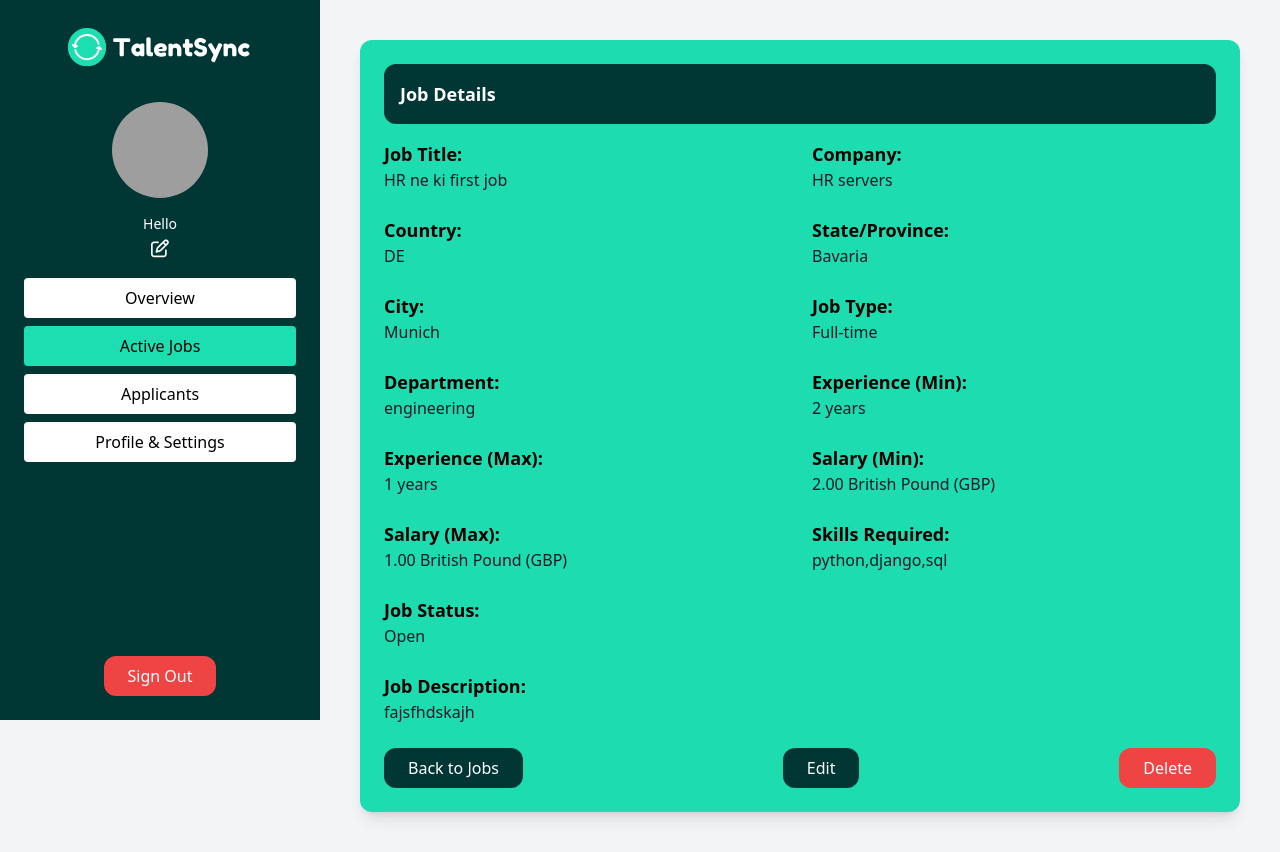
Repository: AbdullahScriptStudio/TalentSync
Page: http://localhost/recruiter/jobs/description/7/
These files come from the project's save history. The page is drawn as it stood at one moment and after the next save; the edit follows.
The browser window is 1280 px wide. The pictures show the whole page.
Pictures or frames that could not be fetched are drawn as grey boxes. Some web libraries are served in a nearby version. The page is served by the project's application, run on Django 5.2 (manage.py). The first stored user is signed in. The page reads the database file committed with the project.

Above is the page before, as saved 2025-03-26 23:15:15.

After the next save:
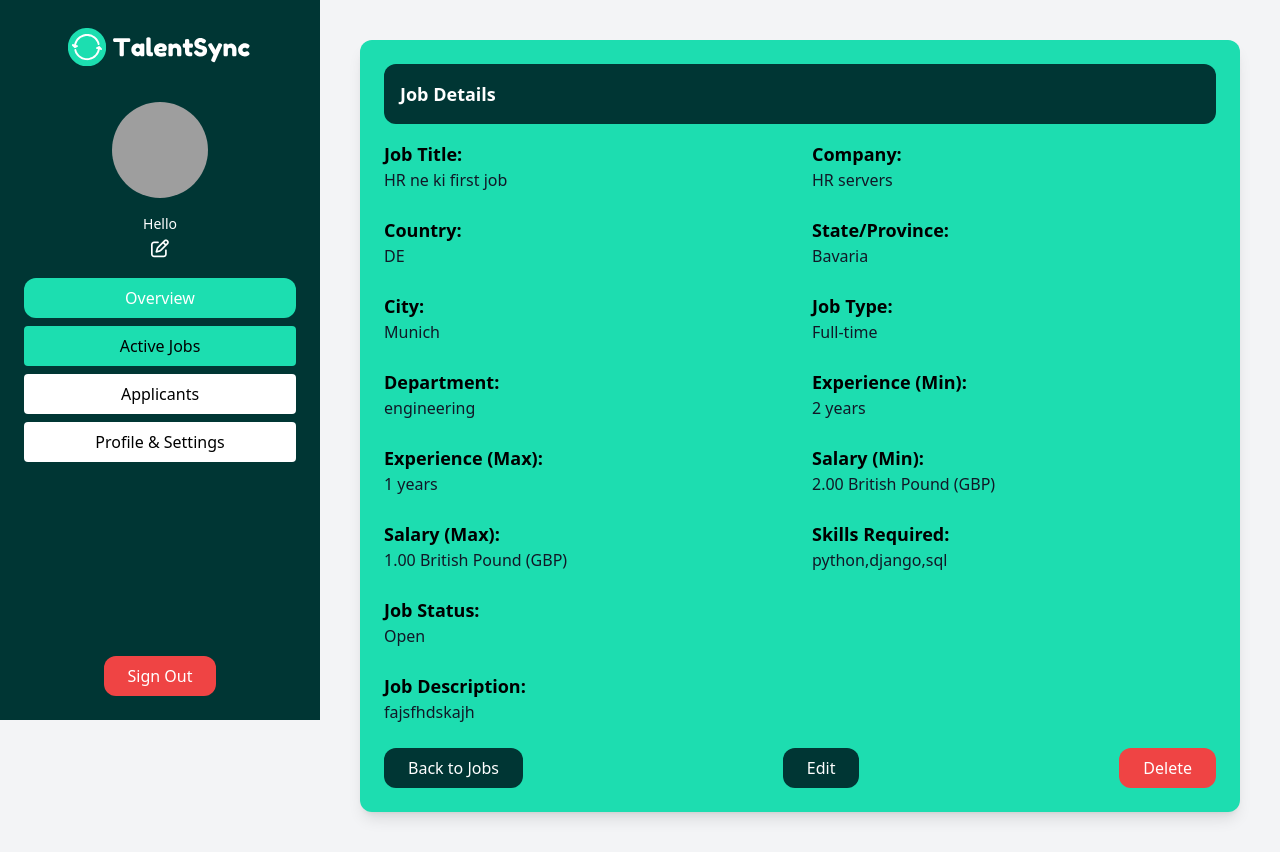
Saved 10 s later.
--- a/recruiter/templates/recruiter/job_description.html
+++ b/recruiter/templates/recruiter/job_description.html
@@ -23,7 +23,7 @@
                 <p class="text-lg">{{ user.first_name }} {{ user.last_name }} <i class="fa-regular fa-pen-to-square"></i></p>
             </div>
             <nav class="flex flex-col w-full">
-                <a href="{% url 'job_list' %}" class="bg-white text-black py-2 px-4 rounded mb-2 text-center">Overview</a>
+                <a href="{% url 'recruiter_dashboard' %}" class="bg-[#1cdeb0] text-white py-2 px-4 rounded-xl mb-2 text-center">Overview</a>
                 <a href="{% url 'job_list' %}" class="bg-[#1cdeb0] text-black py-2 px-4 rounded mb-2 text-center">Active Jobs</a>
                 <a href="{% url 'job_list' %}" class="bg-white text-black py-2 px-4 rounded mb-2 text-center">Applicants</a>
                 <a href="#" class="bg-white text-black py-2 px-4 rounded mb-2 text-center">Profile &amp; Settings</a>
